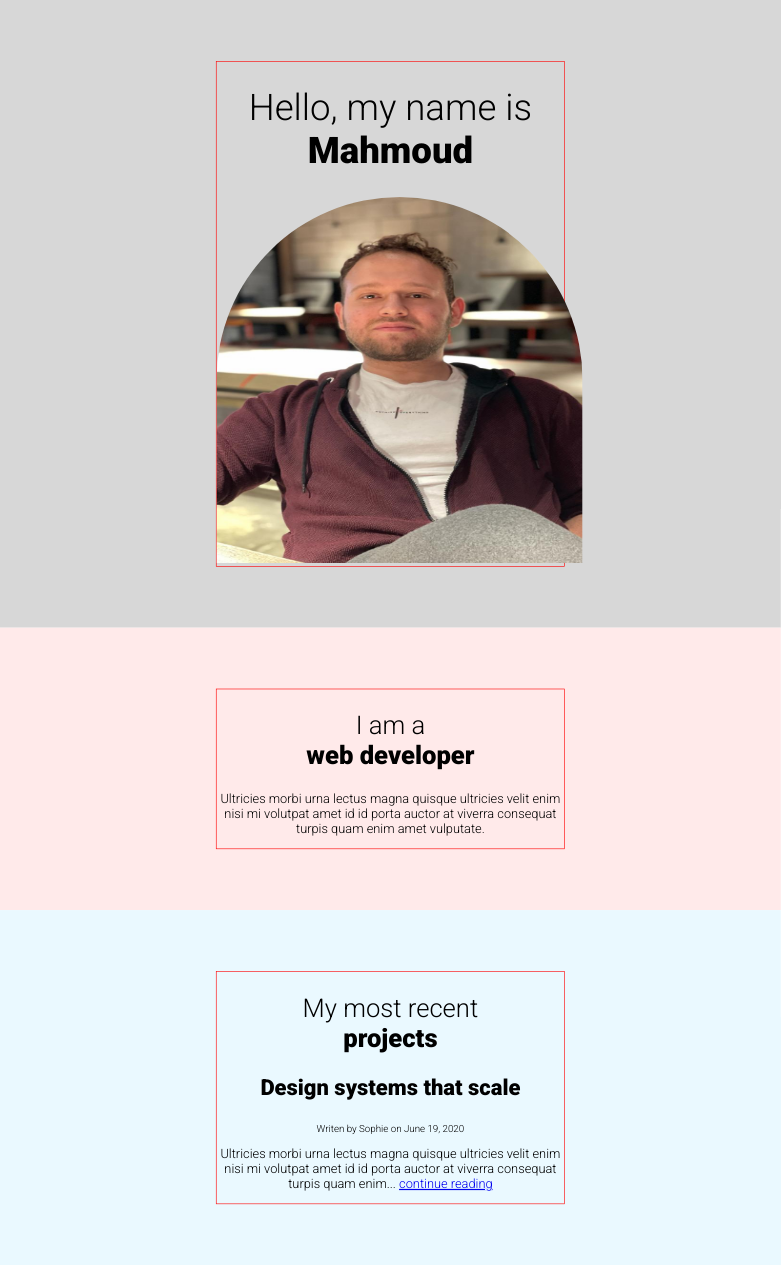
Repository: Doumham-Armah/portfolio
Page: index.html
These files come from the project's save history. The page is drawn as it stood at one moment and after the next save; the edit follows.
The browser window is 1280 px wide. The pictures show the whole page, at 61% of full size.

Above is the page before, as saved 2021-08-17 12:32:43.

### index.html
<!DOCTYPE html>
<html>
  <head>
    <title>HTML & CSS Fundamentals | Challenges</title>
    <link rel="preconnect" href="https://fonts.googleapis.com" />
    <link rel="preconnect" href="https://fonts.gstatic.com" crossorigin />
    <link
      href="https://fonts.googleapis.com/css2?family=Roboto:wght@300;900&display=swap"
      rel="stylesheet"
    />
    <link href="./style.css" rel="stylesheet" />
  </head>

  <body>
    <header>
      <div class="container">
        <h1>Hello, my name is <span>Mahmoud</span></h1>
        <img class="my-photo" src="./images/photo.jpeg" alt="image of me" />
      </div>
    </header>

    <section class="about-me">
      <div class="container">
        <h2>I am a <span>web developer</span></h2>
        <p>
          Ultricies morbi urna lectus magna quisque ultricies velit enim nisi mi
          volutpat amet id id porta auctor at viverra consequat turpis quam enim
          amet vulputate.
        </p>
      </div>
    </section>

    <section class="projects">
      <div class="container">
        <h2>My most recent <span>projects</span></h2>
        <article>
          <h3>Design systems that scale</h3>
          <p class="small-text">Writen by Sophie on June 19, 2020</p>
          <p>
            Ultricies morbi urna lectus magna quisque ultricies velit enim nisi
            mi volutpat amet id id porta auctor at viverra consequat turpis quam
            enim... <a href="#">continue reading</a>
          </p>
        </article>
      </div>
    </section>
  </body>
</html>

### style.css
body {
  margin: 0;
  font-size: 1.3125rem;
}

h1,
h2 {
  font-weight: 300;
}

h1 {
  font-size: 3.75rem;
}

h2 {
  font-size: 2.625rem;
}

h3 {
  font-size: 2.25rem;
}

h1 span,
h2 span {
  font-weight: 900;
  display: block;
}

header,
section {
  padding: 6.25rem 0;
}

header {
  background-color: #d7d7d7;
}

.about-me {
  background-color: #ffeaea;
}

.projects {
  background-color: #eaf9ff;
}

.small-text {
  font-size: 16px;
}

.container {
  width: 570px;
  margin: 0 auto;
  border: 1px solid red;
  text-align: center;
  font-family: "Roboto", sans-serif;
}

.my-photo {
  /* max-width: 50%; */
  /* height: auto; */
  height: 600px;
  width: 600px;

  border-radius: 50% 50% 0 0;
}

After the next save:
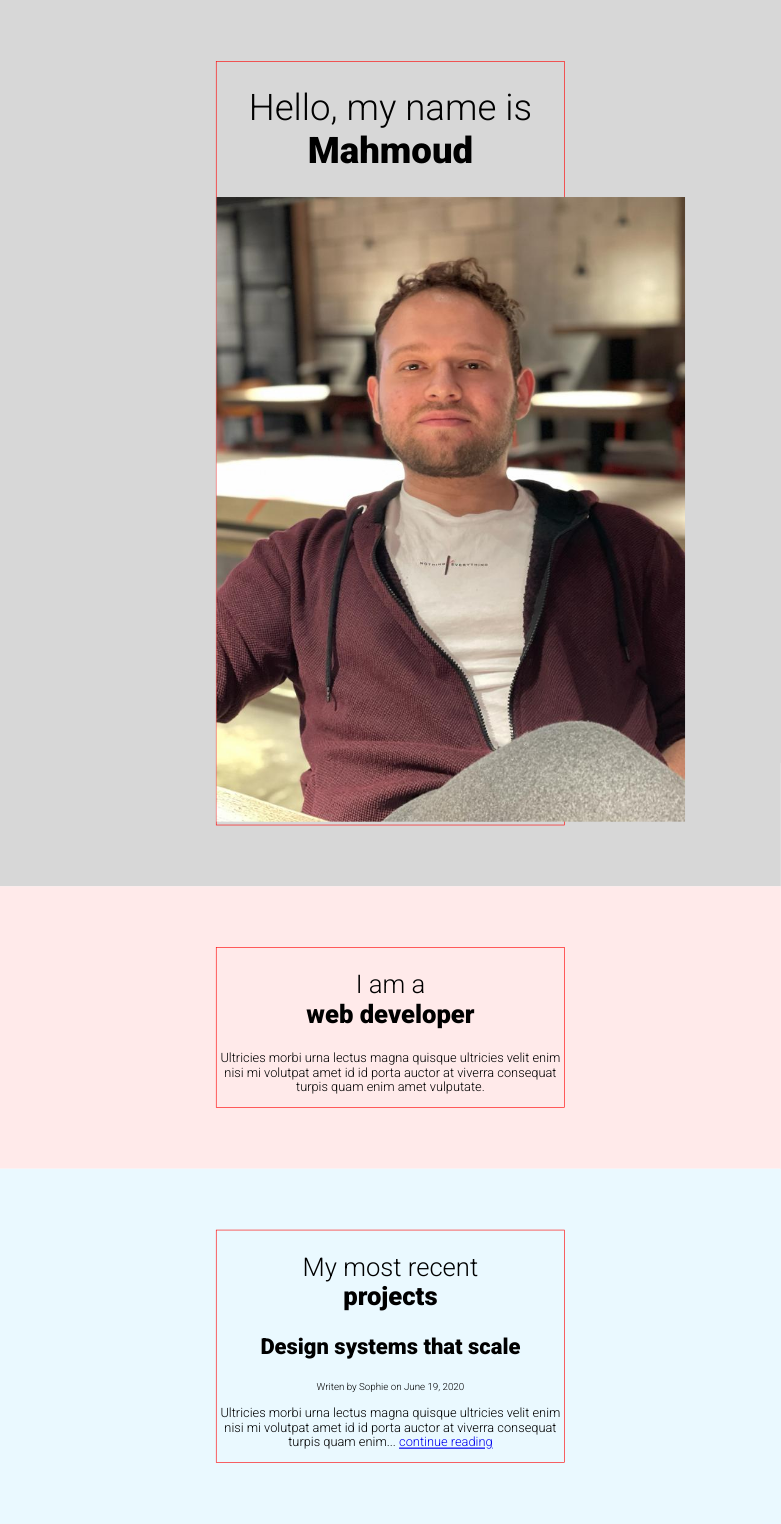
Saved 2 min 14 s later.
--- a/style.css
+++ b/style.css
@@ -58,8 +58,8 @@ header {
 .my-photo {
   /* max-width: 50%; */
   /* height: auto; */
-  height: 600px;
+  /* height: 600px;
   width: 600px;
 
-  border-radius: 50% 50% 0 0;
+  border-radius: 50% 50% 0 0; */
 }
